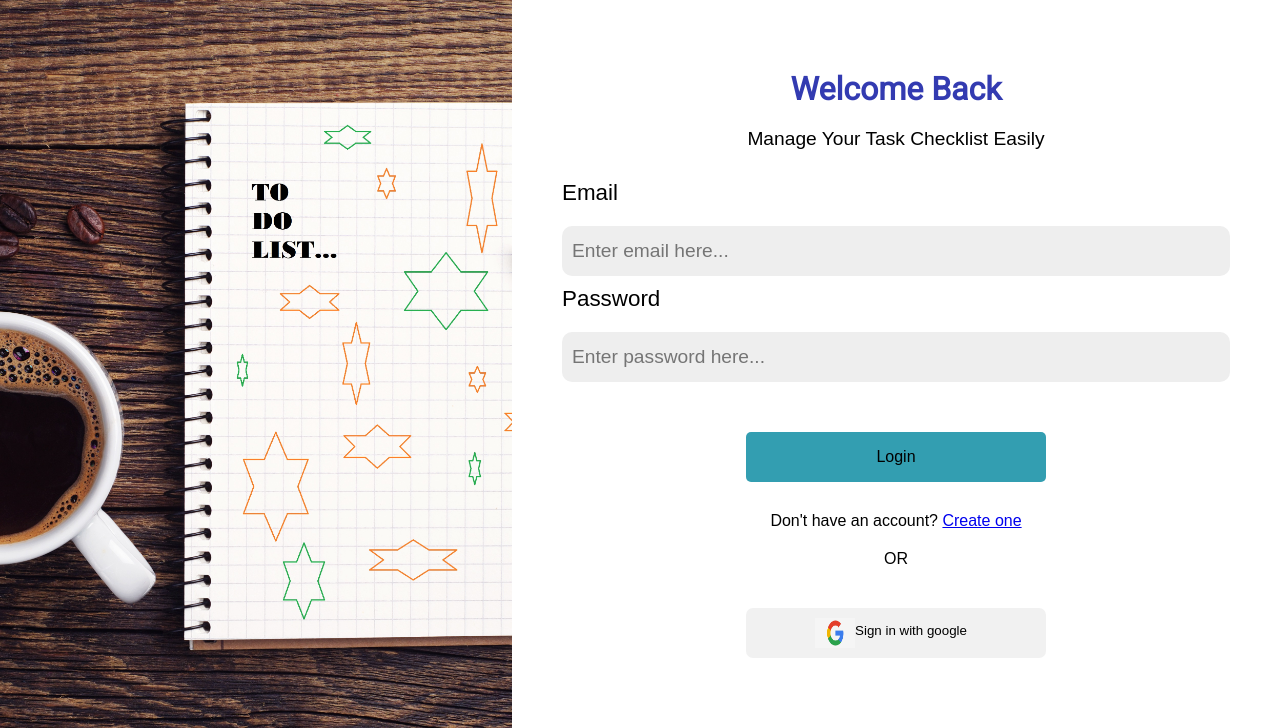
Repository: tebo27cMd/todo_App
Page: /
An editor plug-in stored every save of this project. The page is shown before and after the next save, followed by the edit.
The browser window is 1280 px wide. The pictures show the whole page.
The project was rebuilt for these pictures with package versions that can differ from the ones it lists, and the page was loaded fresh each time. Also part of the build but not shown: src/Pages/SignInPage.jsx, src/Pages/HomePage.jsx.

Above is the page before, as saved 2022-08-23 09:33:04.

### src/App.js
import React, {useState, useEffect} from 'react';
import './App.css';
import LoginPage from './Pages/LoginPage';
import SignInPage from './Pages/SignInPage';
import HomePage from './Pages/HomePage';

import {BrowserRouter as Router,Routes,Route,Link} from "react-router-dom";

//import {collection, getDocs, getDoc, doc, deleteDoc} from 'firebase/firestore'







function App() {


  const [tasks, setTasks] = useState([]);

  const addTasks = ((task, priorityType)=>{
    setTasks((tasks)=>[...tasks, {
      task:task,
      priorityType:priorityType
    }])

    console.log(tasks);
  })
  return (
    <div className="App">

      <Router>
      <Routes>
        <Route exact path="/" element = {<LoginPage/>}></Route>
        <Route path="/SignInPage" element = {<SignInPage/>}></Route>
        <Route exact path="/HomePage" element = {<HomePage/>}></Route>
      </Routes>
    </Router>

    </div>
  );
}

export default App;

### src/App.css
* {
  box-sizing: border-box;
  margin: 0;
  padding: 0;
  font-family: 'Times New Roman', Times, serif;
}

### src/Pages/LoginPage.jsx
import React, { useState } from 'react'

import './LoginPage.css';
import google from '../image/i.png'
import {Link} from 'react-router-dom'
import { signInWithEmailAndPassword} from 'firebase/auth'
import { auth } from "../Config-file/firebase";
import { useNavigate } from 'react-router-dom';


const LoginPage = () => {

  const [email, setEmail] = useState('');
  const [password, setPassword] = useState('');

  let history = useNavigate();

const SignInPage = (()=>{
  signInWithEmailAndPassword(auth, email, password).then(()=>{

      history("/HomePage");
  }).catch((error)=>{
    console.log(error);
  })
})



  return (
    <div className='LoginPage'>

        <aside></aside>

        <section>
            <h1 className='welcome'>Welcome Back</h1>

            <p className='paragraph1'>Manage Your Task Checklist Easily</p>

            <div className='input-control'>
                    <label htmlFor="email">Email</label>
                    <input type="email"  placeholder='Enter email here...'
                    onChange={(e)=> setEmail(e.target.value)}/>
            </div>

            <div className='input-control'>
                    <label htmlFor="password">Password</label>
                    <input type="password"  placeholder='Enter password here...'
                    onChange={(e)=> setPassword(e.target.value)}/>
            </div>

            <button className='lgnBtn' onClick={SignInPage}>Login</button>

            <p className='create'>Don't have an account? <span><Link to={"/SignInPage"}>Create one</Link></span></p>

            <h1 className='or'>OR</h1>

            <button className='signBtn'><div className='logo'><img src={google} alt="" /><span><div>Sign in with google</div></span></div></button>




        </section>

    </div>
  )
}

export default LoginPage;

### src/Pages/LoginPage.css
@import url("https://fonts.googleapis.com/css?family=Roboto&display=swap");
:root
{
    --btnGreen: #339eb1;
    --beige: beige;

}

.LoginPage{
    display: grid;
    grid-template-columns: 40% 60%;
    width: 100vw;
    height: 100vh;
    font-family:'Roboto' ;
}

.LoginPage aside{
    background: url(../Images/Ado.jpeg);
    background-size: cover;
}

.LoginPage section{
    display: flex;
    flex-direction: column;
    justify-content: center;
    align-items: center;
    padding: 50px;

}

.LoginPage .welcome{
    margin-top: 20px;
    margin-bottom: 20px;
    font-weight: bolder;
    font-size: 2em;
    font-family:'Roboto' ;
    color: #333bb1;
}

.LoginPage .paragraph1{
    margin-bottom: 20px;
    font-size: 1.2em;
}

.LoginPage .input-control{
    display: flex;
    flex-direction: column;
    align-self: flex-start;
    width: 100%;

}

.LoginPage .input-control label{
    margin-top: 10px;
    margin-bottom: 10px;
    font-size: 1.4em;

}

.LoginPage .input-control input{
    font-size: 1.2em;
    height: 50px;
    padding: 20px 10px 20px 10px;
    margin-top: 10px;
    border: none;
    border-radius: 10px;
    width: 100%;
    background-color: #eee;

}

.LoginPage button{
    width: 300px;
    height: 50px;
}
.LoginPage button:hover{
   background-color: #eee;

}
.LoginPage .lgnBtn{
    margin-top: 50px;
    border-radius: 5px;
    border: none;
    background-color: var(--btnGreen);
    font-size: 1em;
    cursor: pointer;
}

.LoginPage .create{

    margin-top: 30px;
}


Link{
    color: var(--btnGreen);
}

.LoginPage .or{
    font-weight: lighter;
    font-size: 1em;
    margin: 20px;
}

.LoginPage .signBtn{
    margin: 20px;
    padding-right: 20px;
    border-radius: 5px;
    border: none;
    cursor: pointer;
    background-color: #efefefdd;
    border-radius: 7px;
}

.logo{
    display: flex;
    flex-direction: row;
    justify-content: center;

}

.logo img{
    width: 50px;
    height: 30px;
    padding-left: 10px;
}

.logo span{
    padding-top: 5px;
}

### src/Config-file/firebase.js
// Import the functions you need from the SDKs you need
import { initializeApp } from "firebase/app";
import { getFirestore } from "@firebase/firestore";
import {getAuth} from 'firebase/auth';

const firebaseConfig = {
  apiKey: "AIzaSyB44VhlyOGLme-EDCUVNbbB2UbazBO3qIY",
  authDomain:  "todo-433b6.firebaseapp.com",
  projectId:"todo-433b6",
  storageBucket: "todo-433b6.appspot.com",
  messagingSenderId: "23893463738",
  appId:"1:23893463738:web:7b7d1fefeddfc1abce6883",
  measurementId: "G-QQNBP66G32"
};

// Initialize Firebase
const app = initializeApp(firebaseConfig);
const db = getFirestore(app);
const auth = getAuth(app);
export  {auth, db};

### src/css/HomePage.css


*{
    box-sizing:border-box;
    margin: 0;
    padding: 0;
    font-family: sans-serif;
}


.topPart{
    display: flex;
    justify-content: space-between;
    margin: 10px 80px;
    border-bottom: 2px solid black;

}

.topPart button{
    width: 100px;
    margin:0px 20px 5px 0px;
    border-radius: 5px;
    border: none;
    background-color: #33b18d;
    cursor: pointer;
    color: white;
    font-size: 1.2em;

}
.topPart img {
    height: 20px;
}

.topPart button:hover{
    background-color: rgba(245, 27, 27, 0.815);
    color: black;
}

.bottomPart{
    display: flex;
    flex-direction: column;
    justify-content: center;
    align-items: center;
    margin-top: 80px;
}

.bottomPart input{
    margin-right: 10px;
    height: 30px;
    width: 500px;
    padding-left: 20px;
    border: none;
    background-color: #eee;
    border-radius: 5px;

}

.bottomPart select{
    margin-right: 10px;
    height: 30px;
    width: 100px;
    border: none;
    background-color: #33b18d;
    border-radius: 5px;
}

.bottomPart button{
    height: 40px;
    width: 40px;
    border-radius: 50px;
    border: none;
    color: #eee;
    font-size: 1.6em;
    background-color: #33b18d;
    cursor: pointer;

}

.bottomPart button:hover{
    background-color: #776e7625;
    color: black;
}

.input-fields {
    display: flex;
    align-items: center;
}



/* Task list*/


.task-list{
    width: 600px;
    margin-right: 60px;
}

.item{
    display: flex;
    text-align: center;
    justify-content: space-between;
    padding: 10px;
    border-radius: 5px;
    border: none;
    box-shadow: 2px 2px 5px .5px grey;

}
.items{
    padding: 5px 0;
}

.item button{
    border: none;
    border-radius: 50px;
    width: 80px;
    height: 40px;
    background-color:white;
    font-size: 20px;
    cursor: pointer;

}


.tick img{
    width: 40px;

}

Loaded but not shown: public/index.html (common file); src/index.js (common file); src/reportWebVitals.js (common file)

After the next save:
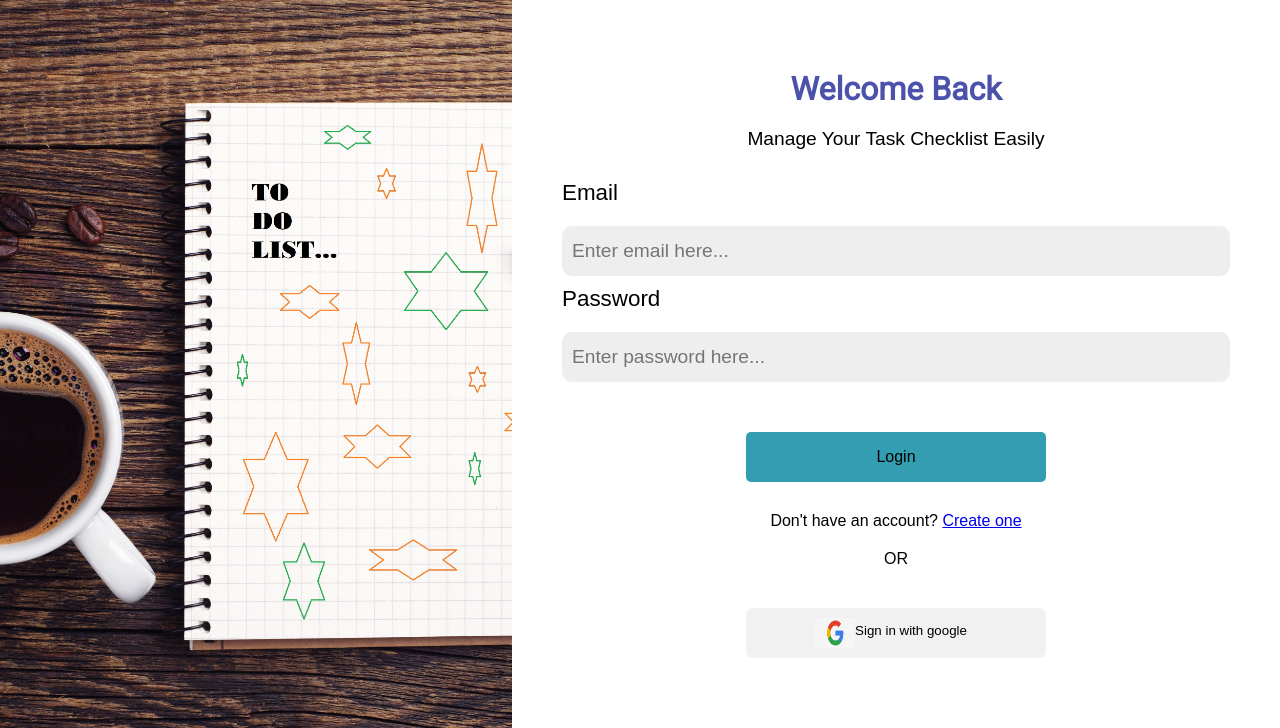
Saved 5 s later.
--- a/src/Pages/LoginPage.css
+++ b/src/Pages/LoginPage.css
@@ -34,7 +34,7 @@
     font-weight: bolder;
     font-size: 2em;
     font-family:'Roboto' ;
-    color: #333bb1;
+    color: #4c52ac;
 }
 
 .LoginPage .paragraph1{
